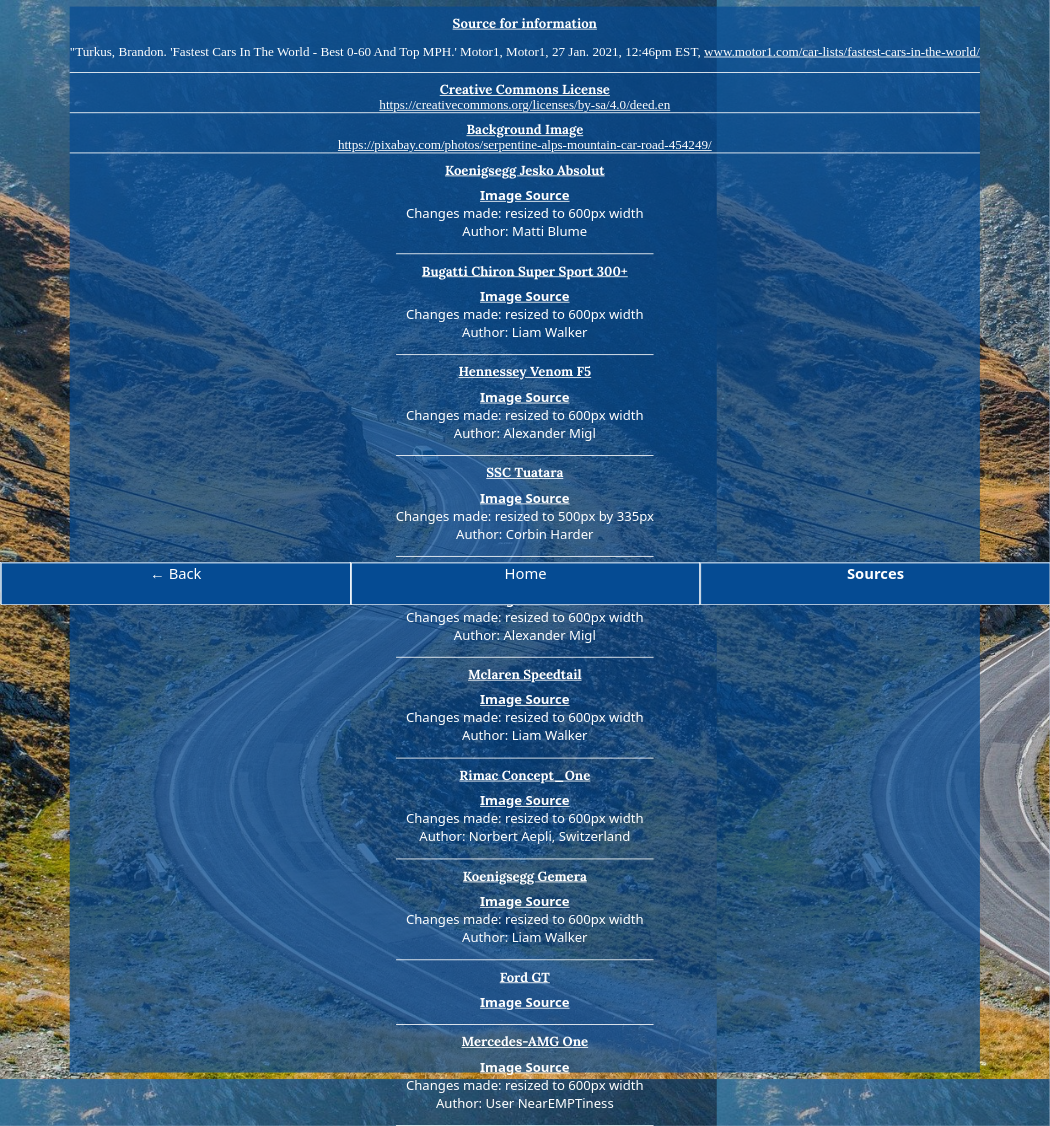
Repository: xxk3990/fastest-cars-project
Page: sources.html
These files come from the project's save history. The page is drawn as it stood at one moment and after the next save; the edit follows.
The browser window is 1280 px wide. The pictures show the whole page, at 82% of full size.
Backgrounds fixed to the window are drawn as part of the page.

Above is the page before, as saved 2022-05-19 15:18:55.

### sources.html
<!DOCTYPE html>
<html lang="en">

<head>
    <meta charset="UTF-8">
    <meta http-equiv="X-UA-Compatible" content="IE=edge">
    <meta name="viewport" content="width=device-width, initial-scale=1.0">
    <title>Sources</title>
    <link rel="stylesheet" href="styles/styles.css">
    <link rel="preconnect" href="https://fonts.gstatic.com">
    <link href="https://fonts.googleapis.com/css2?family=Lora:wght@700&display=swap" rel="stylesheet">
    <link rel="preconnect" href="https://fonts.gstatic.com">
    <link href="https://fonts.googleapis.com/css2?family=Lora:wght@700&family=Noto+Sans&display=swap" rel="stylesheet">
</head>

<body>
    <section id="sourcesList">
        <section id="sources">
            <section id="static-sources"> <!--had to remove the info source from the json to avoid issues-->
                <section id="information-source" class = "static-src">
                    <h4 class="source-header">Source for information</h4>
                    <p>"Turkus, Brandon. 'Fastest Cars In The World - Best 0-60 And Top MPH.' Motor1, Motor1, 27 Jan.
                        2021, 12:46pm EST, <a id ="info-src"
                            href="https://www.motor1.com/car-lists/fastest-cars-in-the-world/">www.motor1.com/car-lists/fastest-cars-in-the-world/</a>
                    </p>
                </section>
                <section id="cc-license" class = "static-src">
                    <h4 class="source-header">Creative Commons License</h4>
                    <!--required for WikiMedia Commons use-->
                    <a class = "img-src"
                        href="https://creativecommons.org/licenses/by-sa/4.0/deed.en">https://creativecommons.org/licenses/by-sa/4.0/deed.en</a>
                </section>
                <section id="bg-img-source" class = "static-src">
                    <h4 class="source-header"> Background Image </h4>
                    <a class = "img-src" href="https://pixabay.com/photos/serpentine-alps-mountain-car-road-454249/">
                        https://pixabay.com/photos/serpentine-alps-mountain-car-road-454249/
                    </a>
                </section>
            </section>
            <section id="dynamicSources"> <!--sources lodaed from JSON go here!-->
            </section>
        </section>

    </section>
    <script src="sources.js"></script>
    <footer class="nav-bar">
        <section id="pages-links">
            <!--
            This neat trick of adding a <div> to an <a> allows you to make
            an <a> tag that fills an entire section and isn't just text!
            -->
            <a id="backLink" href="javascript:window.history.back()">
                <div> &#8592; Back </div>
            </a>
            <a id="homeLink" href="main-list.html">
                <div> Home </div>
            </a>
            <div id="sourcesLink">
                <div><strong>Sources</strong></div>
            </div>
        </section>
    </footer>
</body>

</html>

### styles/styles.css
body {
    background: url("../imgs/background.jpg");
    background-size: contain;
    background-attachment: fixed;
    /* stops bg image from scrolling with data on page */
}
#indexBody {
    height: 100vh;
}

#carsList {
    display: grid;
    /* repeat() works well for dynamically loading a grid! */
    grid-template-columns: repeat(2, 1fr);
    grid-template-rows: repeat(5, 1fr);
    grid-gap: 15px;
    z-index: 0;
}

#carDetails,
#sourcesList {
    display: flex;
    flex-direction: column;
    align-items: center;
}

#cars {
    display: flex;
    flex-direction: column;
    align-items: center;
    background: rgb(5, 75, 147, 0.7);
    height: 450px;
    cursor: pointer;
}

#sources {
    display: flex;
    flex-direction: column;
    align-items: center;
    background: rgb(5, 75, 147, 0.7);
    color: white;
    text-align: center;
    height: 1300px; /* this was the only height that would have all the data show */
}

.img-src,
#info-src {
    color: white;
}

#car-img-sources, .static-src {
    border-bottom: 1px solid white;
}

.source-header { /* all source title headers */
    font-family: "Lora";
    text-decoration: underline;
    margin-bottom: 0;
    margin-top: 10px;
}

.source-data {
    list-style-type: none;
    display: flex;
    flex-direction: column;
    align-items: center;
    font-family: "Noto Sans";
    padding: 0;
    margin-top: 10px;
}

#car {
    text-align: center;
}

.make-model {
    display: flex;
    justify-content: space-evenly;
    font-family: "Lora";
    font-size: 21px;
    color: white;
}

.make-model-title {
    font-family: "Lora";
    font-weight: bold;
    color: white;
    font-size: 1.5em;
    margin-bottom: 5px;
    text-align: center;
}

.make-model h4 {
    margin-top: 10px;
}

#details {
    display: flex;
    flex-direction: column;
    align-items: center;
    background: rgb(5, 75, 147, 0.7);
    height: 700px;
}

#detail {
    display: flex;
    flex-direction: column;
    align-items: center;
    text-align: center;
    color: white;
    font-size: 20px;
    font-family: 'Noto Sans', sans-serif;
}

#top_speed_title,
#description h4 {
    /* make both section titles underlined and have normal font weight */
    font-weight: normal;
    text-decoration: underline;
}

#topSpeedAmt {
    font-weight: normal;
}

#top-speed {
    /* top speed span */
    display: flex;
    justify-content: center;
    padding-left: 5px;
    padding-right: 5px;
}

#description {
    margin-left: 50px;
    margin-right: 50px;
    font-size: 20px;
}

.nav-bar {
    position: fixed;
    z-index: 1;
    width: 100vw;
    height: 35px;
    background-color: #054b93;
    bottom: 0;
    left: 0;
}

#pages-links {
    display: flex;
    justify-content: space-evenly;
    list-style-type: none;
}

#pages-links a,
#pages-links div {
    /* turns navbar links into clickable elements instead of just text */
    width: 100%;
    height: 50px;
    background-color: #054b93;
    border: 1px solid white;
    color: white;
    text-decoration: none;
    font-size: 18px;
    vertical-align: middle;
    font-family: "Noto Sans";
    text-align: center;
}

#pages-links a div {
    text-align: center;
}

#app-info {
    display: flex;
    flex-direction: column;
    align-items: center;
    background: rgb(5, 75, 147, 0.7);
    text-align: center;
    color: white;
    font-family: "Noto Sans";
    font-size: 22px;
}
#welcome {
    font-family: "Lora";
    text-align: center;
    color: white;
}

@media screen and (min-width: 321px) and (max-width: 600px) {
    body {
        background: url("../imgs/background.jpg");
        background-size: 100vw 100vh;
        background-attachment: fixed;
    }

    #details-html,
    #details-body {
        margin-top: 0;
        /* reduces scrolling issues */
    }

    #carsList,
    #carDetails,
    #sourcesList {
        display: flex;
        flex-direction: column;
        align-items: center;
    }

    #sources {
        font-size: 17px;
        height: 1575px; /* had to be EVEN longer for this one */
    }

    #cars {
        width: 350px;
        height: 300px;
    }

    #car-image,
    #car-image-zoomed {
        width: 350px;
    }

    #car-image-zoomed {
        margin-top: 7px;
        /* add a bit of spacing between image and top of section on details page */
    }

    .make-model {
        /* for some reason it had extra padding and margins in the mobile version!*/
        margin: 0;
        padding: 0;
        height: 40px;
    }

    #details {
        width: 100vw;
        height: 100vh;
    }

    #top-speed {
        height: 40px;
        margin-bottom: 0;
    }

    #top-speed h4 {
        margin-top: 15px;
    }

    #description {
        margin-left: 20px;
        margin-right: 20px;
    }

    #description h4 {
        margin-top: 15px;
        margin-bottom: 0;
    }

    #description p {
        margin-top: 15px;
        font-size: 19px;
    }

    .img-src,
    #info-src {
        display: flex;
        flex-direction: column;
        align-items: center;
    }

    .source-data,
    #information-source p,
    #bg-img-source {
        padding: 0;
    }
    .source-header {
        max-width: 375px;
    }

    #app-info {
        height: 50vh;
        font-size: 30px;
    }

}

@media screen and (max-width: 320px) {

    html,
    body {
        background: url("../imgs/background.jpg");
        background-size: 100vw 100vh;
        background-attachment: fixed;
    }

    #details-html,
    #details-body {
        margin-top: 0;
        /* reduces scrolling issues */
    }

    #carsList,
    #carDetails {
        display: flex;
        flex-direction: column;
        align-items: center;
    }

    #details {
        width: 100vw;
        height: 600px;
    }

    #car-image,
    #car-image-zoomed {
        width: 300px;
    }

    #car-image-zoomed {
        margin-top: 7px;
        /* add a bit of spacing between image and top of section on details page */
    }

    #cars {
        width: 300px;
        height: 300px;
    }

    .make-model {
        /* for some reason it had extra padding and margins in the mobile version!*/
        margin: 0;
        padding: 0;
        height: 30px;
        font-size: 20.5px;
        margin-bottom: 20px;
    }

    #top-speed {
        height: 30px;
        margin-bottom: 0;
    }

    #top-speed h4 {
        margin-top: 10px;
    }

    #description {
        margin-left: 10px;
        margin-right: 10px;
        font-size: 17px;
    }

    #description h4 {
        margin-top: 10px;
        margin-bottom: 0;
    }

    #description p {
        margin-top: 10px;
    }
    #sources {
        height: 1500px;
    }

}

@media screen and (min-width: 768px) and (max-width: 1024px) {
    #carsList {
        display: flex;
        flex-direction: column;
        align-items: center;
    }

    #car-image {
        width: 600px;
    }

    #cars {
        width: 600px;
        height: 500px;
    }
    #sources {
        height: 1400px;
    }

}

### sources.js
"use strict";

const xhr = new XMLHttpRequest(),
    url = "fastest-cars.json";
let output = "";

xhr.onreadystatechange = () => {
    if (xhr.readyState === 4 && xhr.status === 200) {
        const srcObj = JSON.parse(xhr.responseText);
        for (let s of srcObj) {
                output += display(s);
        }
        dynamicSources.innerHTML += output;
    }
};
xhr.open("GET", url, true);
xhr.send();

const display = (data) => {
    if (data.make === "Ford") {
    //the GT is the only one not from Wikimedia Commons and so it doesn't require the author and changes made.
        return `
            <section id = "car-img-sources">
                <h4 class = "source-header"> ${data.make} ${data.model}</h4>
                <ul class = "source-data">
                    <li><strong><a class ="img-src" href = "${data.imageSource.url}">Image Source</a></strong></li>
                </ul>
            </section>
        `
    } else {
        return `
                    <section id = "car-img-sources">
                        <h4 class = "source-header"> ${data.make} ${data.model}</h4>
                        <ul class = "source-data">
                            <li class = "source-li"><strong><a class ="img-src" href = "${data.imageSource.url}">Image Source</a></strong></li>
                            <li class = "source-li"> Changes made: ${data.imageSource.changes_made}</li>
                            <li class = "source-li"> Author: ${data.imageSource.author}</li>
                        </ul>
                    </section>
        `
    }

}

### fastest-cars.json
[
   {
      "id": 0,
      "model":"Jesko Absolut",
      "make":"Koenigsegg",
      "top_speed":330,
      "description":"This vehicle has 1600 brake horsepower with a five liter V8 engine that has added downforce due to a sleek body. However, while the other cars have officially reached their top speed, the Jesko Absolut's claimed top speed of 330 is only what their calculations say, as they have not been able to officially test it.",
      "image": {
         "sixHundred": "imgs/jesko.jpeg",
         "fourHundred": "imgs/jesko-400.jpeg",
         "threeFifty": "imgs/jesko-350.jpeg",
         "threeHundred": "imgs/jesko-300.jpeg"
      },
      "imageSource":{
         "url":"https://commons.wikimedia.org/wiki/File:GIMS_2019,_Le_Grand-Saconnex_(GIMS0833).jpg",
         "changes_made":"resized to 600px width",
         "author":"Matti Blume"
      }
   },
   {
      "id": 1,
      "model":"Chiron Super Sport 300+",
      "make":"Bugatti",
      "top_speed":304,
      "description":"This car was tested and hit 304mph. It has 1,600 brake horsepower and can hit 60mph in only 2.3 seconds.",
      "image":{
         "sixHundred": "imgs/chiron_300plus.jpeg",
         "fourHundred": "imgs/chiron_300plus-400.jpeg",
         "threeFifty" : "imgs/chiron_300plus-350.jpeg",
         "threeHundred": "imgs/chiron_300plus-300.jpeg"
      },
      "imageSource":{
         "url":"https://commons.wikimedia.org/wiki/File:2020_Bugatti_Chiron_Super_Sport_300%2B_Prototype.jpg",
         "changes_made":"resized to 600px width",
         "author":"Liam Walker"
      }
   },
   {
      "id": 2,
      "model":"Venom F5",
      "make":"Hennessey",
      "top_speed":311,
      "description":"The fastest US car on this list, this car will fly past 300 MPH due to a 1,817 brake horsepower 6.6 liter V8 with two turbochargers that will also allow it to hit 60MPH in 2.4 seconds.",
      "image":{
         "sixHundred": "imgs/venom_f5.jpeg",
         "fourHundred": "imgs/venom_f5-400.jpeg",
         "threeFifty": "imgs/venom_f5-350.jpeg",
         "threeHundred": "imgs/venom_f5-300.jpeg"
      },
      "imageSource":{
         "url":"https://commons.wikimedia.org/wiki/File:Hennessey_Venom_F5_Genf_2018.jpg",
         "changes_made":"resized to 600px width",
         "author":"Alexander Migl"
      }
   },
   {
      "id": 3,
      "model":"Tuatara",
      "make":"SSC",
      "top_speed":282.9,
      "description":"Although initial testing had some problems, this car was able to set an average top speed of 282.9MPH with its 1,750 BHP. It can also hit 60 MPH in 2.5 seconds. ",
      "image": {
         "sixHundred": "imgs/tuatara.jpeg",
         "fourHundred": "imgs/tuatara-400.jpeg",
         "threeFifty": "imgs/tuatara-350.jpeg",
         "threeHundred": "imgs/tuatara-300.jpeg"
      },
      "imageSource":{
         "url":"https://commons.wikimedia.org/wiki/File:2019_SSC_Tuatara_at_Pebble_Beach_Press_Conference.jpg",
         "changes_made":"resized to 500px by 335px",
         "author":"Corbin Harder"
      }
   },
   {
      "id": 4,
      "model":"Valkyrie",
      "make":"Aston Martin",
      "top_speed":250,
      "description":"This car, with its V12 engine and hybrid technology, has 1,160 BHP a top speed of over 250 miles an hour and a 0-60 of 2.5 seconds.",
      "image": {
         "sixHundred": "imgs/valkyrie.jpeg",
         "fourHundred": "imgs/valkyrie-400.jpeg",
         "threeFifty": "imgs/valkyrie-350.jpeg",
         "threeHundred": "imgs/valkyrie-300.jpeg"
      },
      "imageSource":{
         "url":"https://commons.wikimedia.org/wiki/File:Aston_Martin_Valkyrie_Verification_Prototype_001_Genf_2019_1Y7A5569.jpg",
         "changes_made":"resized to 600px width",
         "author":"Alexander Migl"
      }
   },
   {
      "id": 5,
      "model":"Speedtail",
      "make":"Mclaren",
      "top_speed":250,
      "description":"A hypercar from a company with a history of speed record cars, this car will no doubt reach its 250 MPH top speed. It has 1,036 BHP and can reach 60 in 2.9 seconds.",
      "image": {
         "sixHundred": "imgs/speedtail.jpg",
         "fourHundred": "imgs/speedtail-400.jpg",
         "threeFifty": "imgs/speedtail-350.jpg",
         "threeHundred": "imgs/speedtail-300.jpg"
      },
      "imageSource":{
         "url":"https://commons.wikimedia.org/wiki/File:2020_McLaren_Speedtail_4.0_Rear.jpg",
         "changes_made":"resized to 600px width",
         "author":"Liam Walker"
      }
   },
   {
      "id": 6,
      "model":"Concept_One",
      "make":"Rimac",
      "top_speed":221,
      "description":"This is the only electric supercar on this list, but it shows just how powerful electric cars can be. It has 1,224 BHP and can hit 60 in 2.5 seconds. We will soon see the next gen version, the Concept_Two, which will have 1,914 BHP.",
      "image":{
         "sixHundred": "imgs/concept_one.jpeg",
         "fourHundred": "imgs/concept_one-400.jpeg",
         "threeFifty": "imgs/concept_one-350.jpeg",
         "threeHundred": "imgs/concept_one-300.jpeg"
      },
      "imageSource":{
         "url":"https://commons.wikimedia.org/wiki/File:2017-03-07_Geneva_Motor_Show_0949.JPG",
         "changes_made":"resized to 600px width",
         "author":"Norbert Aepli, Switzerland"
      }
   },
   {
      "id": 7,
      "model":"Gemera",
      "make":"Koenigsegg",
      "top_speed":249,
      "description":"With only a 3 cylinder engine, you wouldn't expect this car to be on this list, but Koenigsegg have put their magic into it. It has 1,700 BHP and gets to 60 in a whopping 1.9 seconds. It will also seat four people, so you can enjoy a drive with three friends.",
      "image":{
         "sixHundred": "imgs/gemera.jpg",
         "fourHundred": "imgs/gemera-400.jpg",
         "threeFifty": "imgs/gemera-350.jpg",
         "threeHundred": "imgs/gemera-300.jpg"
      },
      "imageSource":{
         "url":"https://commons.wikimedia.org/wiki/File:2020_Koenigsegg_Gemera_2.0.jpg",
         "changes_made":"resized to 600px width",
         "author":"Liam Walker"
      }
   },
   {
      "id": 8,
      "model":"GT",
      "make":"Ford",
      "top_speed":216,
      "description":"This car has 660 BHP from a 3.5 liter V6 with two turbochargers, allowing it to hit 216 MPH and 60 in 3 seconds flat.",
      "image": {
         "sixHundred": "imgs/gt.jpg",
         "fourHundred": "imgs/gt-400.jpg",
         "threeFifty": "imgs/gt-350.jpg",
         "threeHundred": "imgs/gt-300.jpg"
      },
      "imageSource":{
         "url":"https://pixabay.com/photos/car-auto-ford-gt-gt-ford-gt-2020-4865483/"
      }
   },
   {
      "id": 9,
      "model":"One",
      "make":"Mercedes-AMG",
      "top_speed":217,
      "description":"With technology borrowed from its f1 team, Mercedes-AMG is giving this car over 1,000 BHP and a 0-60 in 2.6 seconds.",
      "image": {
         "sixHundred": "imgs/one.jpeg",
         "fourHundred": "imgs/one-400.jpeg",
         "threeFifty": "imgs/one-350.jpeg",
         "threeHundred": "imgs/one-300.jpeg"
      },
      "imageSource":{
         "url":"https://commons.wikimedia.org/wiki/File:AMG_at_IAA_2017_(05).jpg",
         "changes_made":"resized to 600px width",
         "author":"User NearEMPTiness"
      }
   }
]

After the next save:
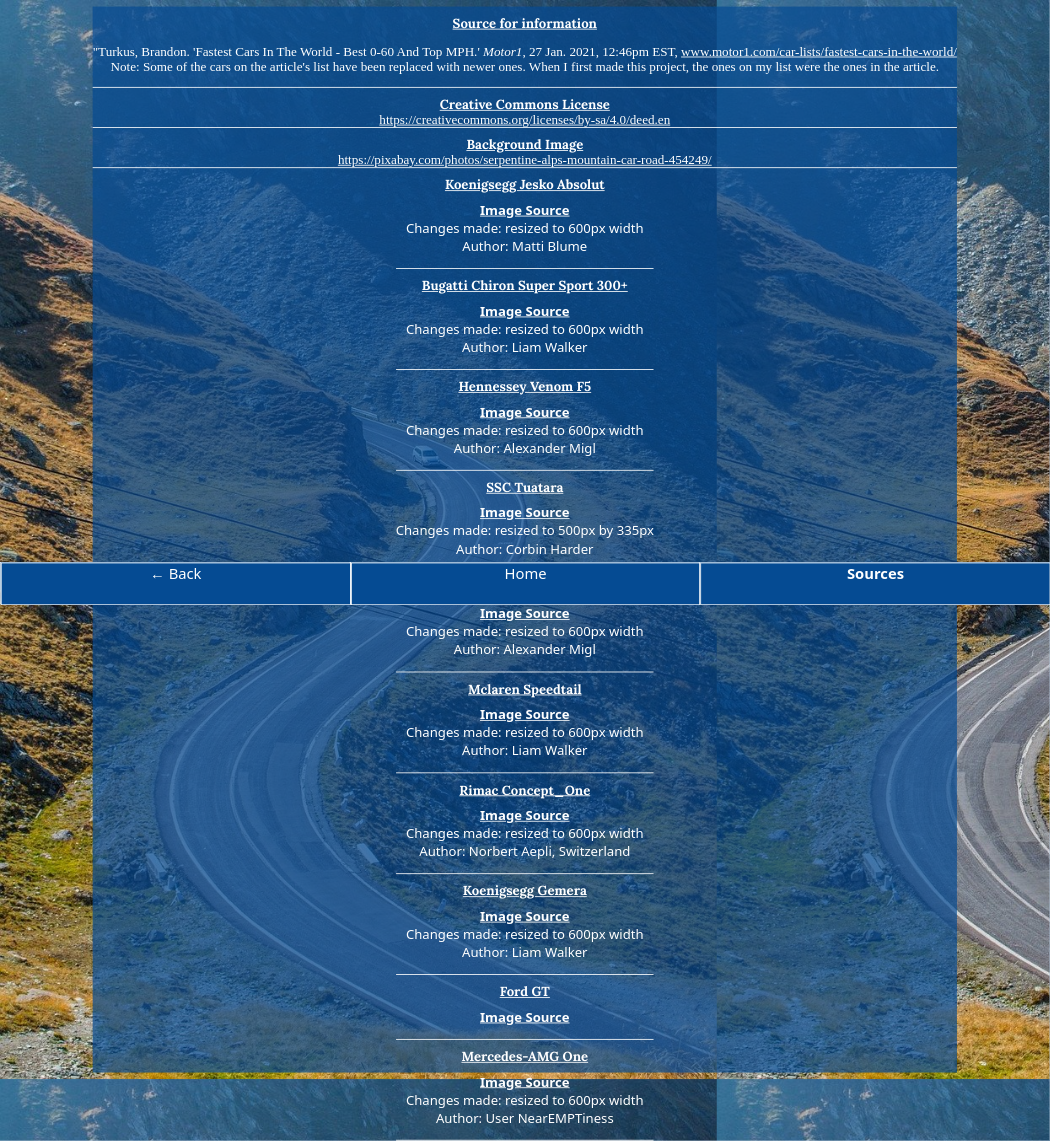
Saved 7 min 22 s later.
--- a/sources.html
+++ b/sources.html
@@ -19,9 +19,11 @@
             <section id="static-sources"> <!--had to remove the info source from the json to avoid issues-->
                 <section id="information-source" class = "static-src">
                     <h4 class="source-header">Source for information</h4>
-                    <p>"Turkus, Brandon. 'Fastest Cars In The World - Best 0-60 And Top MPH.' Motor1, Motor1, 27 Jan.
+                    <p>"Turkus, Brandon. 'Fastest Cars In The World - Best 0-60 And Top MPH.' <em>Motor1</em>, 27 Jan.
                         2021, 12:46pm EST, <a id ="info-src"
                             href="https://www.motor1.com/car-lists/fastest-cars-in-the-world/">www.motor1.com/car-lists/fastest-cars-in-the-world/</a>
+                        <br>
+                        Note: Some of the cars on the article's list have been replaced with newer ones. When I first made this project, the ones on my list were the ones in the article.
                     </p>
                 </section>
                 <section id="cc-license" class = "static-src">
